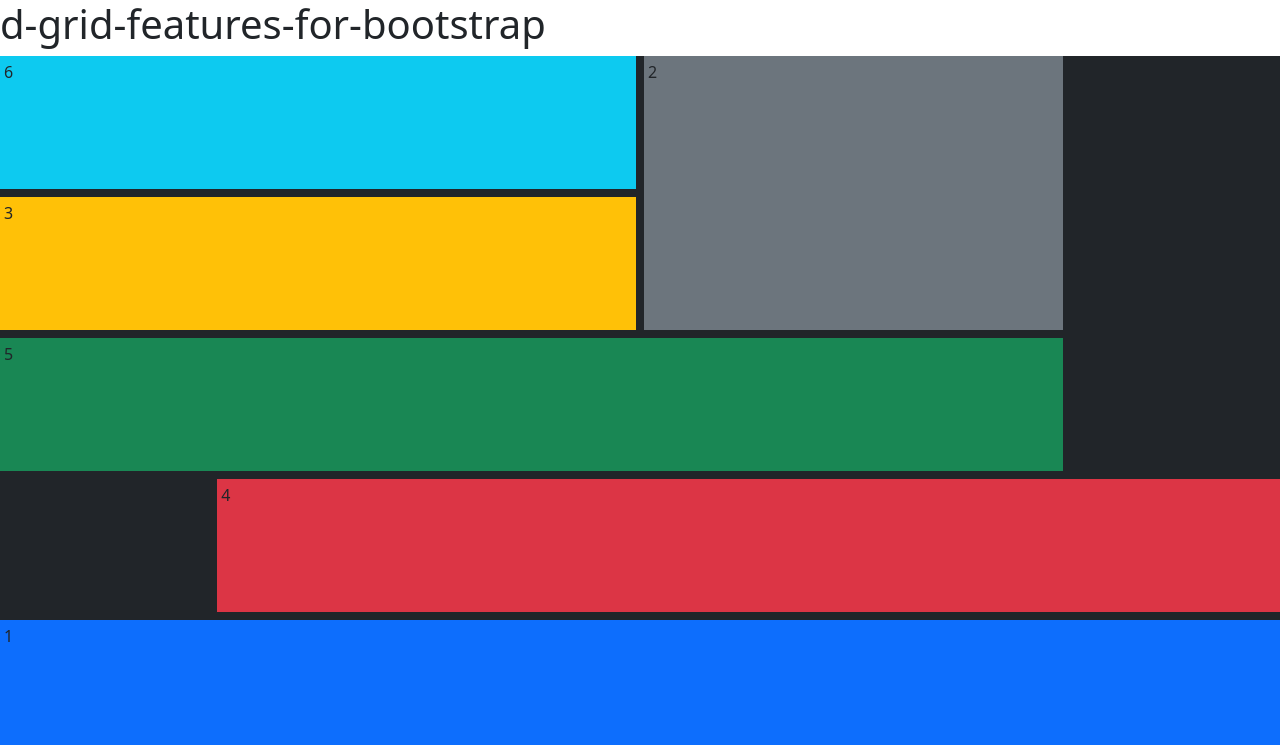
Repository: LynxPardelle/d-grid-features-for-bootstrap
Page: index.html
These files come from the project's save history. The page is drawn as it stood at one moment and after the next save; the edit follows.
The browser window is 1280 px wide. The pictures show the whole page.

Above is the page before, as saved 2021-10-20 06:26:19.

After the next save:
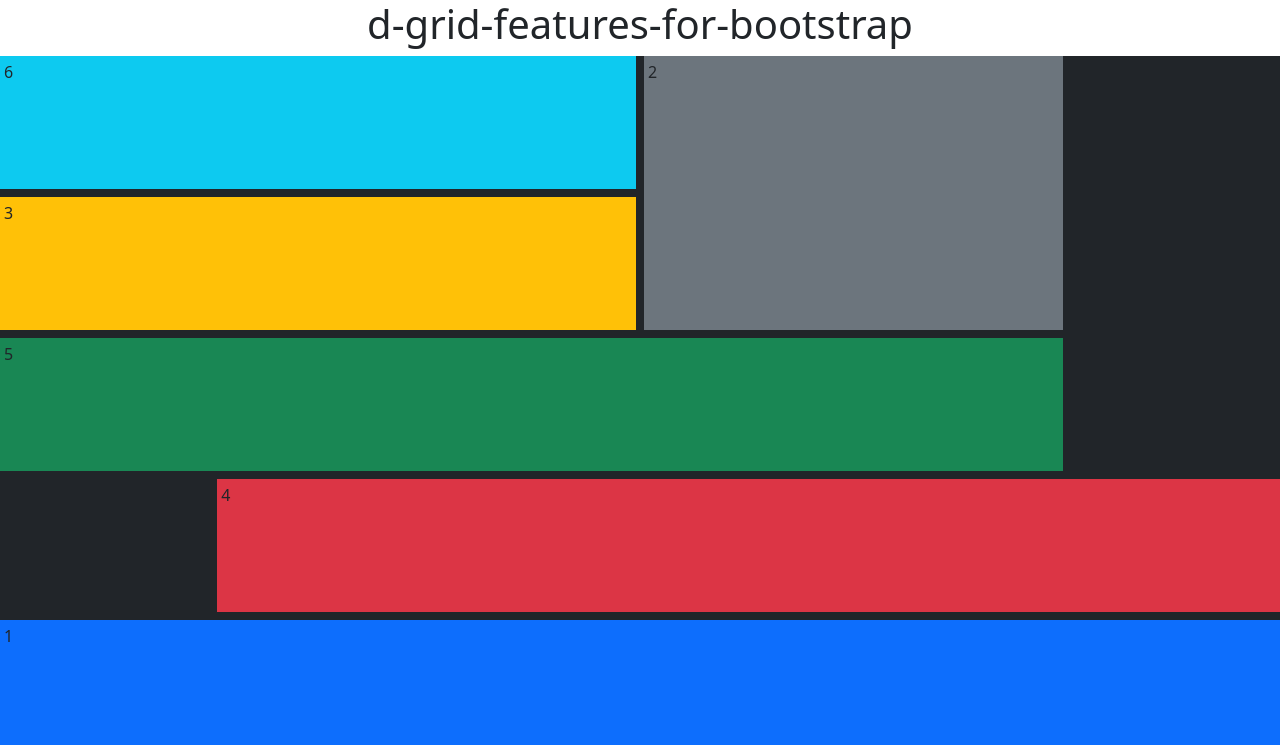
Saved 30 s later.
--- a/index.html
+++ b/index.html
@@ -8,7 +8,7 @@
   <link href="https://cdn.jsdelivr.net/npm/bootstrap@5.1.3/dist/css/bootstrap.min.css" rel="stylesheet" integrity="sha384-1BmE4kWBq78iYhFldvKuhfTAU6auU8tT94WrHftjDbrCEXSU1oBoqyl2QvZ6jIW3" crossorigin="anonymous">
 </head>
 <body>
-  <h1>d-grid-features-for-bootstrap</h1>
+  <h1 class="text-center">d-grid-features-for-bootstrap</h1>
 
   <!-- <section class="d-grid bg-dark" data-gfbs data-gfbs-gtc="repeat(4, 1fr)" data-gfbs-gtr="repeat(2, 50px)" > -->
     <!-- <section class="d-grid bg-dark" data-gfbs data-gfbs-gta='"f f b c c a"" f f d e e a"'> -->
